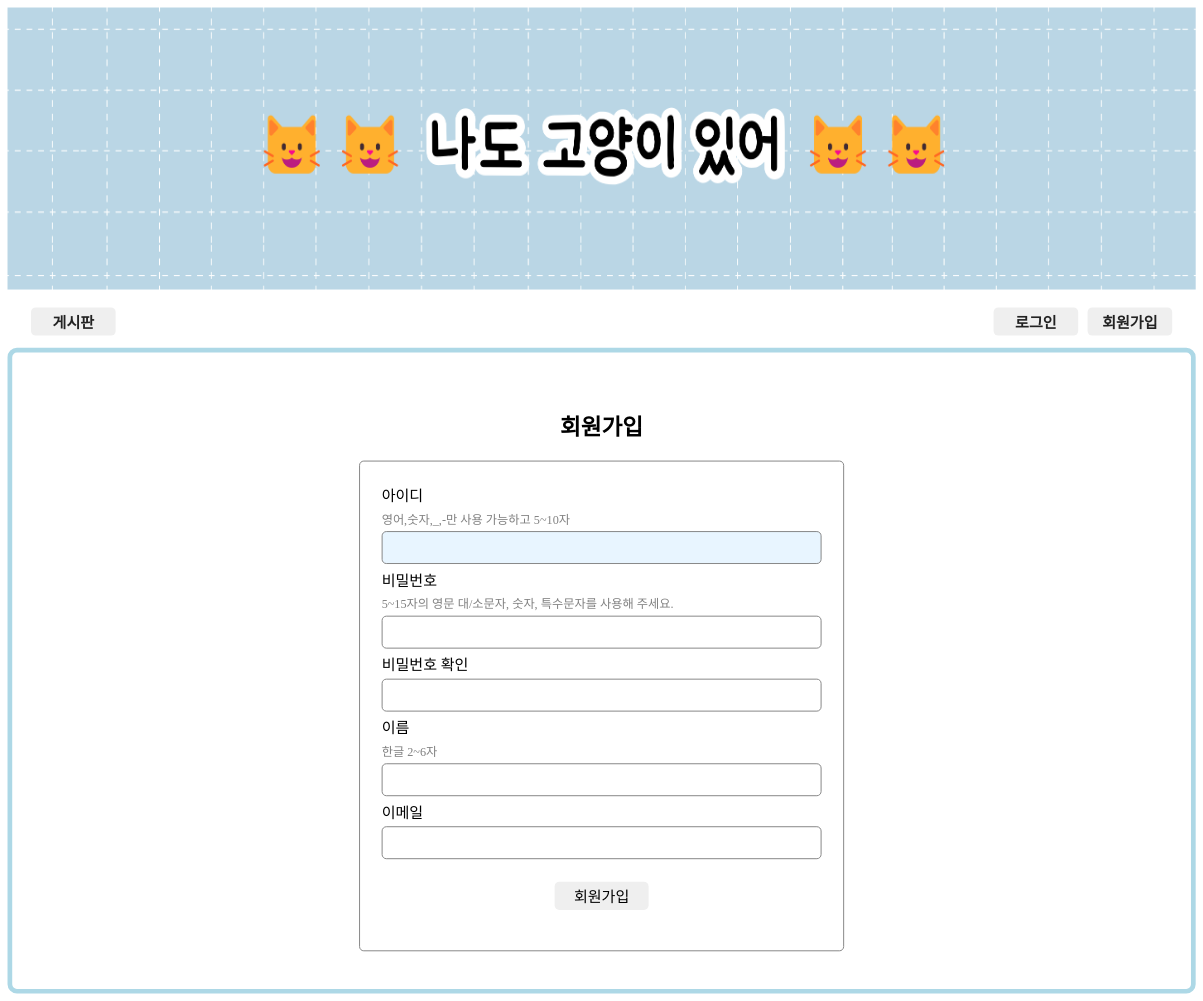
Repository: hh7711/Goit
Page: http://localhost/Goit/WEB-INF/views/signUpPage.jsp
An editor plug-in stored every save of this project. The page is shown before and after the next save, followed by the edit.
The browser window is 1280 px wide. The pictures show the whole page, at 94% of full size.
The first visible `.write` has the focus.
Some web fonts or font styles are not loaded; a fallback is used. The page is served by Tomcat 9. Nobody is signed in. Other server files are loaded and not shown. The template is opened directly, without the code that normally fills it, so the values that code supplies are empty.

Above is the page before, as saved 2023-08-03 07:53:08.

### Goit/src/main/webapp/WEB-INF/views/signUpPage.jsp
<%@ page language="java" contentType="text/html; charset=UTF-8"
    pageEncoding="UTF-8"%>
<%@ taglib prefix="c" uri="http://java.sun.com/jsp/jstl/core" %>
<!DOCTYPE html>
<html>
<head>
<meta charset="UTF-8">
<title>나도 고양이 있어</title>
    <style>
    	@font-face {
		    font-family: 'Dovemayo_gothic';
		    src: url('https://cdn.jsdelivr.net/gh/projectnoonnu/noonfonts_2302@1.1/Dovemayo_gothic.woff2') format('woff2');
		    font-weight: normal;
		    font-style: normal;
		}
		body,button,textarea {
			font-family: 'Dovemayo_gothic';
		}
		#main1{
			border: 5px solid lightblue;
			border-radius: 10px;
		}
		.headBtnDiv{
			margin-bottom: 30px; margin-top: 10px;
			margin-left: 20px; margin-right: 20px;
		}
    	.headBtn{
        	border: 0.5px;
        	width: 90px;
        	height: 30px;
        	color: rgb(34, 34, 34);
        	border-radius: 5px;
        	font-size: medium;
        	font-weight: bold;
        	margin: 5px;
        }
        .headBtn:hover{
        	background-color: rgb(211, 253, 255);
        	box-shadow: 1px 1px 5px #ccc;
        }
        .headId{
        	font-size: medium;
        	font-weight: bold;
        	margin-top: 8px; margin-left: 5px; margin-right: 5px; margin-bottom: 10px;
        }
        table{
            margin-left: auto; margin-right: auto;
            margin-top: 40px; margin-bottom: 40px;
            border: 0.2px solid gray;
            border-radius: 5px;
            align-content: center;
            padding: 20px;
            border-collapse: separate;
			border-spacing: 0 0 0 20px;
        }
        tr{
        	margin: 15px;
        }
        input{
            /* border-top: none; border-left: none; border-right: none; */
            /* border-bottom: 0.5px solid; */
            /* border-top-left-radius: 5px; border-top-right-radius: 5px; */
            border: 0.5px solid gray;
            border-radius: 5px;
            height: 23px;
            font-family: 'Dovemayo_gothic';
            padding: 5px;
        }
        .write:focus{
            background-color: #E8F5FF;
            color: rgb(75, 75, 75);
            outline: none;
            /* box-shadow: 0 0 0 2px #f00; */
        }
        #signUp{
            border: none;
            border-radius: 5px;
            width: 100px;
            height: 30px;
            font-size: medium;
        }
        #signUp:hover{
            background-color: #E8F5FF;
            box-shadow: 1px 1px 5px #ccc;
        }
        .displaynone{
        	color: red;
        	font-size: small;
        }
    </style>
</head>
<body>
<!-- 상단 -->
	<div>
		<a href="mainPage">
			<img style="height: 300px;" alt="오류" src="resources/main/main15.png" width="100%">
		</a>
	</div>
	<div class="headBtnDiv">
		<button type="button" class="headBtn" style="float: left;" onclick="location.href='boardList'">게시판</button>
		<c:if test="${dto == null}">
			<button type="button" class="headBtn" style="float: right;" onclick="location.href='signUpPage'">회원가입</button>
			&nbsp;<button type="button" class="headBtn" style="float: right;" onclick="location.href='signInPage'">로그인</button>
		</c:if>
		<c:if test="${dto != null}">
			<button type="button" class="headBtn" style="float: right;" onclick="location.href='signOut'">로그아웃</button>&nbsp;
			<button type="button" class="headBtn" style="float: right;" onclick="location.href='myPage'">마이페이지</button>
			<span class="headId" style="float: right;">${dto.id}님</span>
		</c:if>
	</div>
<!-- 상단 -->
	<div id="main1">
		<div id="main2">
			<div><!-- 본문 -->
				<form method="post" action="signUp" name="signup">
					<table>
						<caption><h2>회원가입</h2></caption>
						<tr>
			                <td>아이디</td>
						</tr>
						<tr>
			                <td style="color: gray; font-size: small;">
			                	영어,숫자,_,-만 사용 가능하고 5~10자
			                </td>
						</tr>
			            <tr>
			                <td>
			                    <!-- <input type="text" name="id" id="id" placeholder="아이디를 입력하세요"> -->
			                    <input type="text" name="id" id="id" class="write" size="60" maxlength="10">
			                </td>
			            </tr>
						<tr id="idX" style="display: none;">
							<td style="height: 10px;">
			                   	<span class="displaynone">사용할 수 없는 아이디입니다. 다른 아이디를 입력해 주세요.</span>
			                </td>
						</tr>
						<tr id="idO" style="display: none;">
			                <td>
			                    <span class="displaynone">사용 가능한 아이디 입니다.</span>
			                </td>
						</tr>
						<tr>
			                <td>
			                	비밀번호
			                </td>
						</tr>
						<tr>
			                <td style="color: gray; font-size: small;">
			                	<span>5~15자의 영문 대/소문자, 숫자, 특수문자를 사용해 주세요.</span>
			                </td>
						</tr>
			            <tr>
			                <td>
			                    <input type="password" id="pwd1" class="write" size="60" maxlength="15">
			                </td>
			            </tr>
						<tr>
			                <td>비밀번호 확인</td>
						</tr>
			            <tr>
			                <td>
			                    <input type="password" name="pwd" id="pwd2" class="write" size="60" maxlength="15">
			                </td>
			            </tr>
			            <tr id="pwdX" style="display: none;">
			                <td>
			                    <span class="displaynone">비밀번호가 일치하지 않습니다.</span>
			                </td>
			            </tr>
			            <tr id="pwdO" style="display: none;">
			                <td>
								<span class="displaynone">비밀번호가 일치합니다.</span>
			                </td>
			            </tr>
						<tr>
			                <td>이름</td>
						</tr>
						<tr>
			                <td style="color: gray; font-size: small;">
			                	한글 2~6자
			                </td>
						</tr>
			            <tr>
			                <td colspan="2">
			                    <input type="text" name="name" id="name" class="write" size="60" maxlength="6">
			                </td>
			            </tr>
						<tr>
			                <td>이메일</td>
						</tr>
			            <tr>
			                <td colspan="2">
			                    <input type="text" name="email" id="email" class="write" size="60">
			                </td>
			            </tr>
			            <tr>
			                <td align="center">
			                    <div style="margin: 20px;">
			                        <button type="button" id="signUp">회원가입</button>
			                    </div>
			                </td>
			            </tr>
					</table>
				</form>
			</div><!-- 본문 -->
		</div><!-- main1 -->
	</div><!-- main2 -->
    <script src="https://ajax.googleapis.com/ajax/libs/jquery/3.3.1/jquery.min.js"></script>
    <script type="text/javascript">
        var idCheck = false;
        var pwdCheck = false;
        $("#id").on("propertychange change keyup paste input", function () {
        	var id = $(this).val();
            $.ajax({
                url: "idCheck",
                type: "post",
                data: {id : id},
                dataType: "json",
                success : function(result) {
                    if (result == 2) {
                        $("#idO").show();
                        $("#idX").hide();
                        idCheck = true;
                    }else if (result == 1) {
                        $("#idX").show();
                        $("#idO").hide();
                        idCheck;
                    }
                },
                error: function(){
                    alert("오류");
                }
            });
        });
        $("#pwd2").on("propertychange change keyup paste input", function () {
        	console.log("비밀번호 입력중")
			if ($("#pwd1").val() != $("#pwd2").val()) {
			    $("#pwdX").show();
			    $("#pwdO").hide();
			}else if ($("#pwd1").val() == $("#pwd2").val()) {
			    $("#pwdO").show();
			    $("#pwdX").hide();
			}
        });
//      아이디, 비밀번호, 이름, 이메일 유효성검사를 위한 정규식
// 		영어,숫자,_,-만 사용 가능하고 5~10자
        var userIdCheck = RegExp(/^[A-Za-z0-9_\-]{5,10}$/);
//      영문 대/소문자, 숫자, 특수문자를 하나 이상 포함하여 5~15자
        var userPwdCheck = (/^(?=.*[a-z])(?=.*[A-Z])(?=.*[0-9])(?=.*[!@#$%^*?]).{5,15}$/);
//         한글 2~6자
        var userNameCheck = RegExp(/^[가-힣]{2,6}$/);

        var userEmailCheck = RegExp(/^[A-Za-z0-9_\.\-]+@[A-Za-z0-9\-]+\.[A-Za-z0-9\-]+/);

//      회원가입 버튼 눌렀을때
        $("#signUp").on("click", function() {
			if ($("#id").val() == "") {
				alert("아이디를 입력해주세요.");
				$("#id").focus();
				return false;
			}
			if(!userIdCheck.test($("#id").val())){
		        alert("아이디 형식에 맞게 입력해주세요.");
		        $("#id").focus();
		        return false;
	      	}
        	if (idCheck == false) {
        		alert("이미 존재하는 아이디 입니다.");
				$("#id").focus();
				return false;
			}
			if ($("#id").val().length < 5) {
				alert("아이디는 5글자 이상이여야 합니다");
				$("#id").focus();
				return false;
			}
			if ($("#pwd1").val() == "" || $("#pwd2").val() == "") {
				alert("비밀번호를 입력해주세요.");
				$("#pwd1").focus();
				return false;
			}
			if ($("#id").val() == $("#pwd1").val()) {
				alert("아이디를 비밀번호로 사용할 수 없습니다.");
				$("#pwd1").val("");
				$("#pwd1").focus();
				return false;
			}
			if ($("#pwd1").val().length < 5) {
				alert("비밀번호는 5자 이상이여야 합니다.");
				$("#pwd1").focus();
				return false;
			}
			if ($("#pwd1").val() != $("#pwd2").val()) {
				alert("비밀번호가 일치하지 않습니다.");
				$("#pwd1").focus();
				return false;
			}
			if(!userPwdCheck.test($("#pwd1").val())){
		        alert("비밀번호 형식에 맞게 입력해주세요.");
		        $("#pwd1").focus();
		        return false;
	      	}
			if ($("#name").val() == "") {
				alert("이름을 입력해주세요.");
				$("#name").focus();
				return false;
			}
			if(!userNameCheck.test($("#name").val())){
		        alert("이름똑바로~");
		        $("#name").focus();
		        return false;
	      	}
			if ($("#email").val() == "") {
				alert("이메일을 입력해주세요.");
				$("#email").focus();
				return false;
			}
			if(!userEmailCheck.test($("#email").val())){
		        alert("이메일주소가 올바르지 않습니다.");
		        $("#email").focus();
		        return false;
	      	}
			document.signup.submit();
		});
    </script>
</body>
</html>

After the next save:
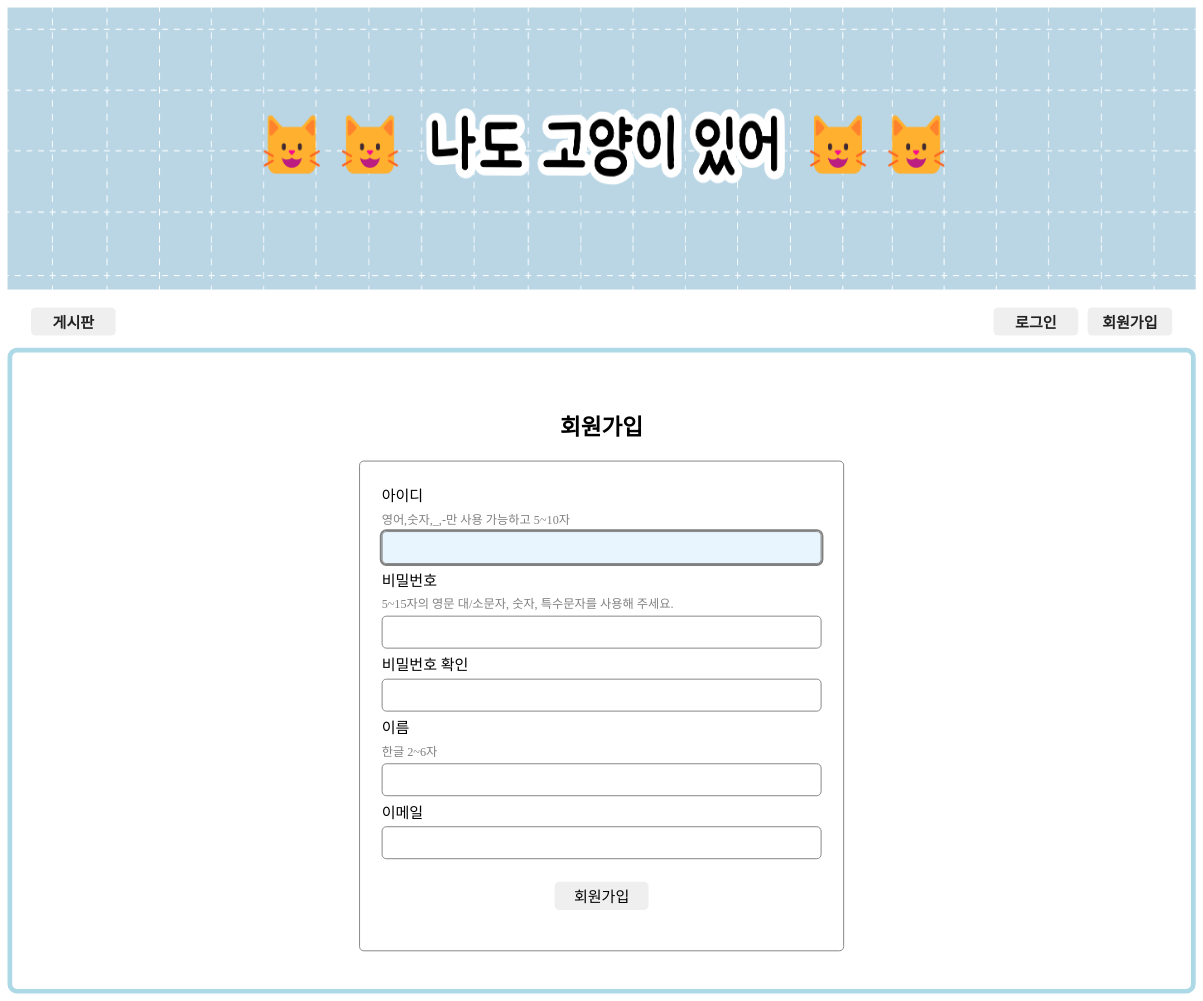
Saved 105 s later.
--- a/Goit/src/main/webapp/WEB-INF/views/signUpPage.jsp
+++ b/Goit/src/main/webapp/WEB-INF/views/signUpPage.jsp
@@ -69,8 +69,7 @@
         .write:focus{
             background-color: #E8F5FF;
             color: rgb(75, 75, 75);
-            outline: none;
-            /* box-shadow: 0 0 0 2px #f00; */
+            outline: 2px solid gray;
         }
         #signUp{
             border: none;
